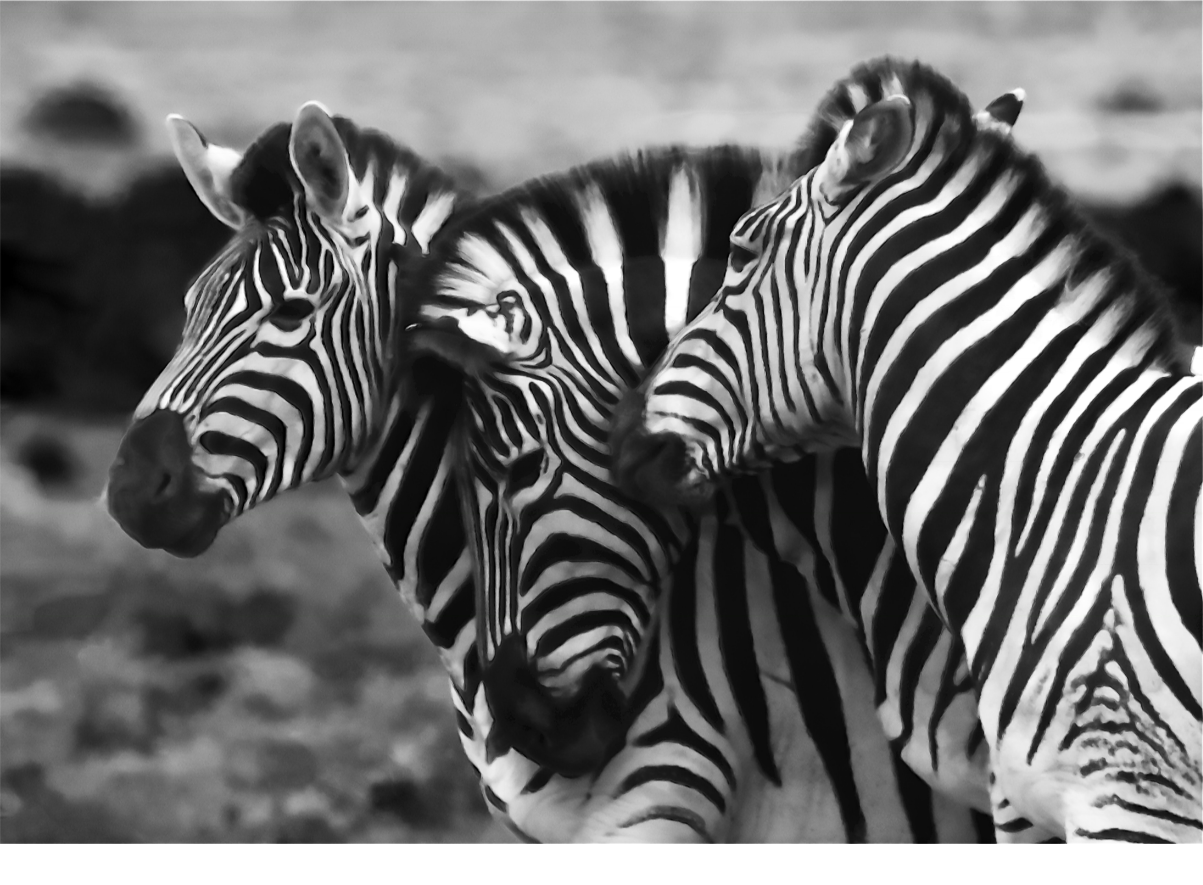
Repository: BrightonMboya/ggv-landingPage
Page: /HomePage
These files come from the project's save history. The page is drawn as it stood at one moment and after the next save; the edit follows.
The browser window is 1280 px wide. The pictures show the whole page, at 94% of full size.
The project was rebuilt for these pictures with package versions that can differ from the ones it lists, and the page was loaded fresh each time. The framework's server and built-in components were replaced by stand-ins that run in the browser. Also part of the build but not shown: next.config.js, styles/Home.module.css.

Above is the page before, as saved 2022-06-13 14:14:28.

### pages/HomePage.js
import React from "react";
import home from "./assets/home.jpg";
import styles from "../styles/Home.module.css";
import Image from "next/image";
const HomePage = () => {
  return (
    <div className={styles.bgWrap}>
      <Image src={home} layout="responsive" objectFit="cover" quality={100} />
      <h3 className="text-4xl text-white">Hello world</h3>
    </div>
  );
};

export default HomePage;

### tailwind.config.js
module.exports = {
  content: [
    "./pages/**/*.{js,ts,jsx,tsx}",
    "./components/**/*.{js,ts,jsx,tsx}"
  ],
  theme: {
    extend: {
      colors: {
        black: "#000107",
        slate: "#E3F1EF"
      }
    }
  },
  plugins: []
};

Loaded but not shown: pages/_app.js (common file); styles/globals.css (common file)

After the next save:
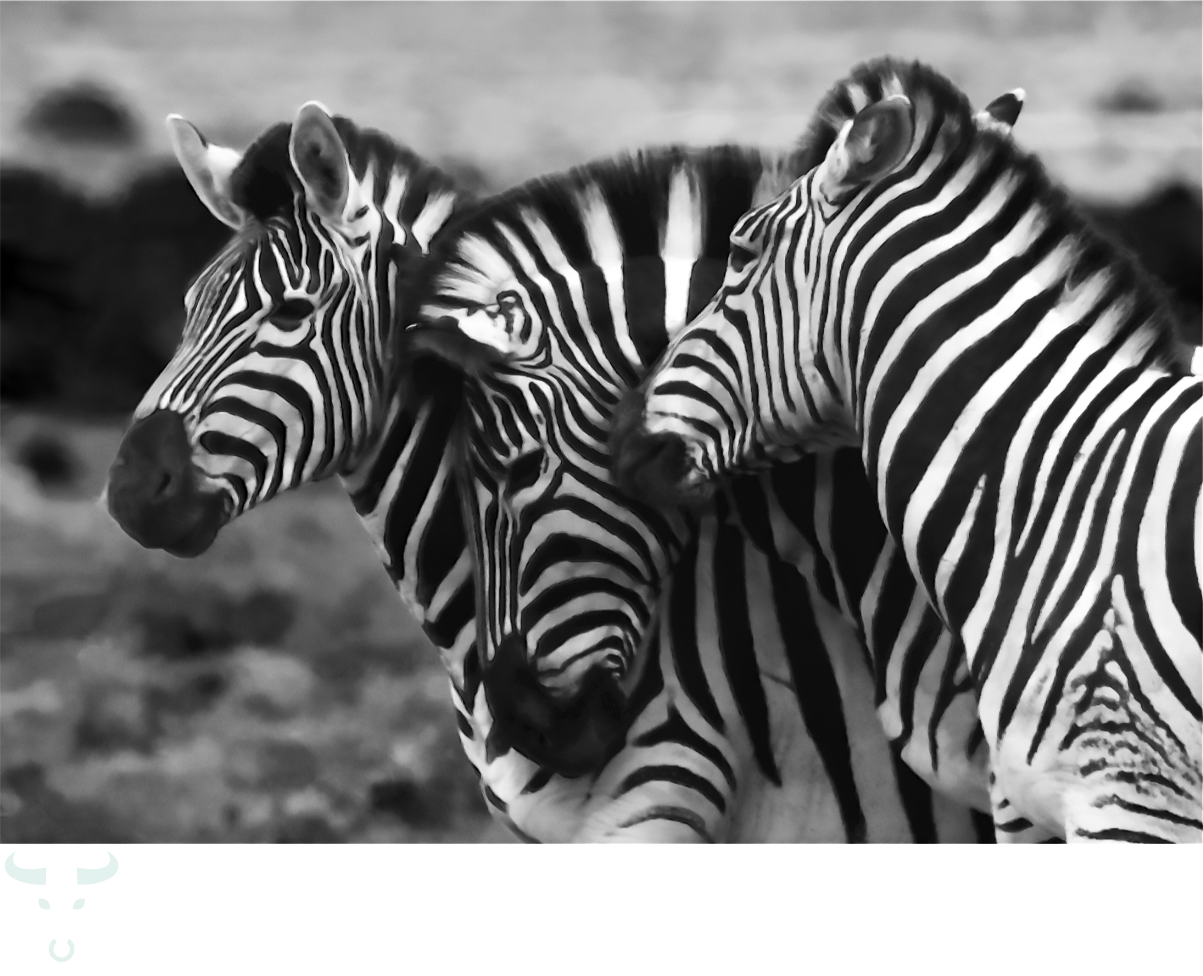
Saved 48 s later.
--- a/pages/HomePage.js
+++ b/pages/HomePage.js
@@ -2,11 +2,12 @@ import React from "react";
 import home from "./assets/home.jpg";
 import styles from "../styles/Home.module.css";
 import Image from "next/image";
+import logo from "./assets/logo.svg";
 const HomePage = () => {
   return (
     <div className={styles.bgWrap}>
       <Image src={home} layout="responsive" objectFit="cover" quality={100} />
-      <h3 className="text-4xl text-white">Hello world</h3>
+      <Image src={logo} layout="fixed" />
     </div>
   );
 };
